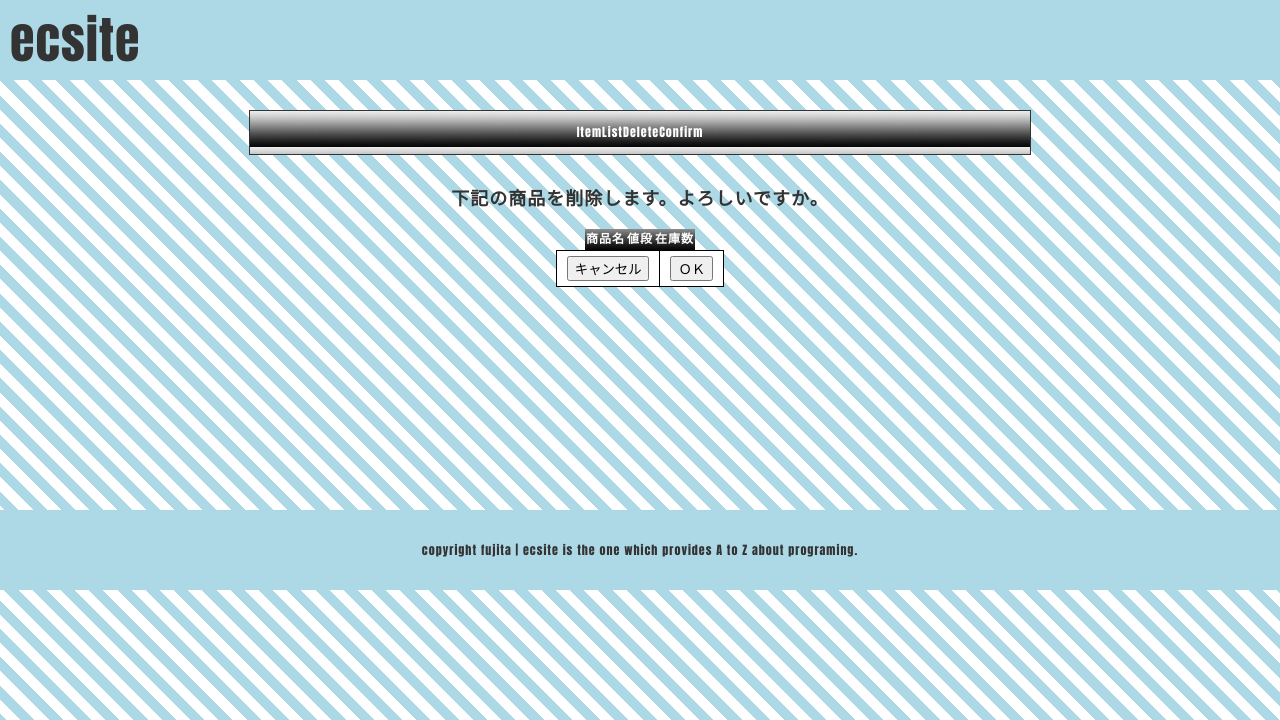
Repository: ryousukefujita-0423/test
Page: http://localhost/ecsite/itemListDeleteConfirm.jsp
These files come from the project's save history. The page is drawn as it stood at one moment and after the next save; the edit follows.
The browser window is 1280 px wide. The pictures show the whole page.
The page is served by Tomcat 9.

Above is the page before, as saved 2019-03-25 04:29:19.

After the next save:
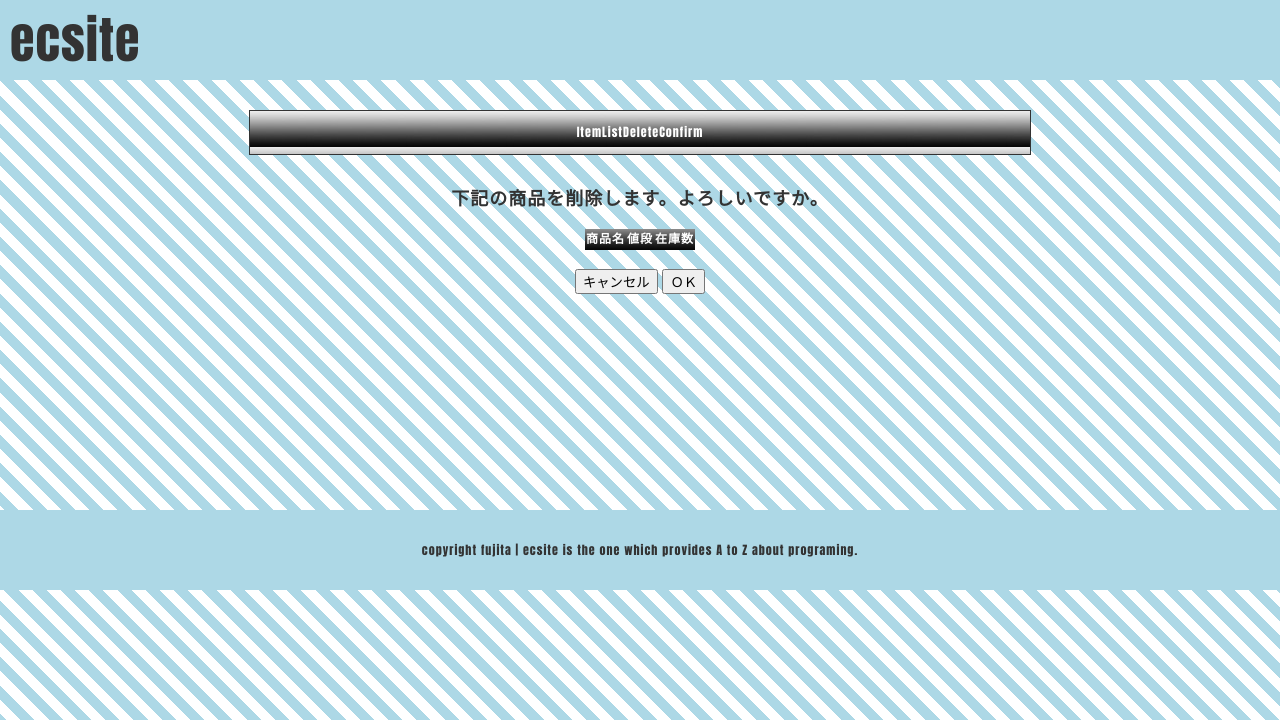
Saved 2 min 9 s later.
--- a/ecsite/WebContent/itemListDeleteConfirm.jsp
+++ b/ecsite/WebContent/itemListDeleteConfirm.jsp
@@ -38,16 +38,15 @@
 					</div>
 				</s:iterator>
 			</table>
-			<table>
-				<tr>
-					<td><input type="button"
-						onclick="location.href='http://localhost:8080/ecsite/admin.jsp'"
-						value="キャンセル"></td>
-					<td><s:form action="ItemListDeleteCompleteAction">
-							<s:submit value="ＯＫ" />
-						</s:form></td>
-				</tr>
-			</table>
+			<br>
+			<div>
+				<input type="button"
+					onclick="location.href='http://localhost:8080/ecsite/admin.jsp'"
+					value="キャンセル">
+				<s:form action="ItemListDeleteCompleteAction">
+					<s:submit value="ＯＫ" />
+				</s:form>
+			</div>
 		</s:form>
 	</div>
 	<div id="footer">copyright fujita | ecsite is the one which
